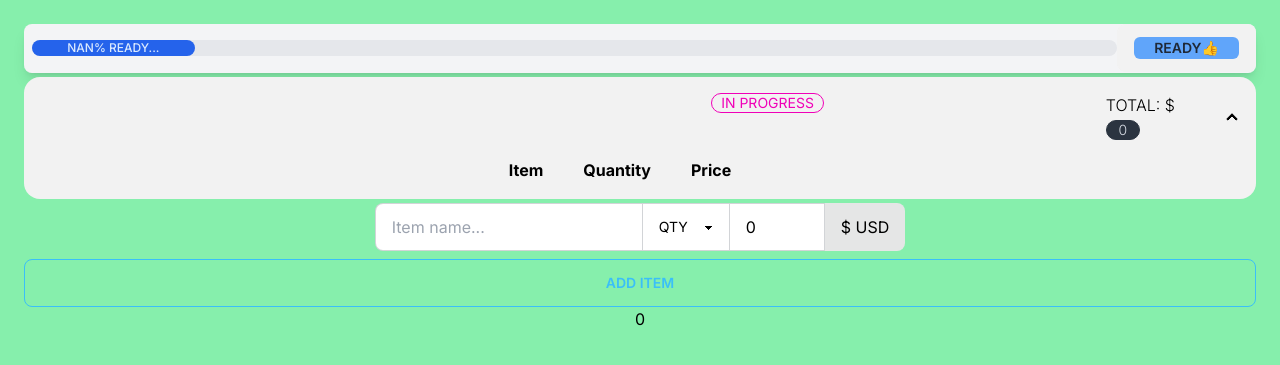
Repository: bitepay/bitepay-xyz
Page: /table
These files come from the project's save history. The page is drawn as it stood at one moment and after the next save; the edit follows.
The browser window is 1280 px wide. The pictures show the whole page.
The page's requests for data from a server got no answer. The project was rebuilt for these pictures with package versions that can differ from the ones it lists, and the page was loaded fresh each time. The framework's server and built-in components were replaced by stand-ins that run in the browser. No one was signed in, and anything a server would have sent is missing. Also part of the build but not shown: next.config.js.

Above is the page before, as saved 2023-06-27 08:24:13.

### src/pages/_app.js
import '@/styles/globals.css';
import { UserSocketProvider } from '@/context/UserSocketContext';

export default function App({ Component, pageProps }) {
  return (
    <UserSocketProvider>
      <Component {...pageProps} />
    </UserSocketProvider>
  )
}

### src/pages/table.js

// import Image from 'next/image'
import Head from "next/head"
// import Link from "next/link"
import { Inter } from 'next/font/google'

import { useUserSocketContext } from '@/context/UserSocketContext'

import { AddItemInput } from '@/components/AddItemInput'
import { ProgressBar } from '@/components/ProgressBar'
import { UserBill } from '@/components/UserBill'
import { MembersBill } from '@/components/MembersBill'

const inter = Inter({ subsets: ['latin'] })

export default function Table() {

  const { socket, user, tableMembers } = useUserSocketContext();

  if (user.tableID !== 0) {
    socket.emit('joinTable', user)
  }

  const handleUserDelete = (user, payload) => {
    socket.emit('userDeleteItem', {user, payload})
  };

  const handleUserUpdate = (user, payload) => {
    socket.emit('userUpdate', {user, payload})
  };

  const userUpdateStatus = (user) => {
    if (user.status === 'PROCESSING') {
      socket.emit('userUpdateStatus', { ...user, status: 'READY' })
    } else {
      socket.emit('userUpdateStatus', { ...user, status: 'PROCESSING' })
    }
  }

  return (
    <>
      <Head>
        <title>BitePay - Table</title>
        <meta name="description" content="The fastest and easiest way to divvy up the dining bill between your friends."></meta>
      </Head>

      <main className={`flex min-h-screen flex-col items-center p-6 ${inter.className} bg-green-300`} >

        <ProgressBar user={user} tableMembers={tableMembers} userUpdateStatus={userUpdateStatus} />
        <UserBill user={user} handleUserDelete={handleUserDelete} />
        <AddItemInput user={user} handleUserUpdate={handleUserUpdate} />
        <MembersBill tableMembers={tableMembers} userId={user.id}/>

      </main>
    </>
  )
}

### src/context/UserSocketContext.js
'use client';
import React, { createContext, useEffect, useState, useContext } from 'react'
import { io } from 'socket.io-client'


// Create a new context
const UserSocketContext = createContext({});

// Custom context provider component
export const UserSocketProvider = ({ children }) => {

  const [socket, setSocket] = useState(null);

  const [user, setUser] = useState({
    id: '',
    username: '',
    tableID: 0,
    myItems: [],
    tip: 15,
    total: 0,
    status: 'PROCESSING',
  });

  const [tableMembers, setTableMembers] = useState([]);

  // Establish the Socket.IO connection when the component mounts
  useEffect(() => {

    const socket = io('https://bitepay.xyz');
    setSocket(socket);

    socket.on('connect', () => {
      console.log('Successfully connected to the ws server!')
    })

    // set user id to the websocket id
    socket.on('setId', (data) => setUser((prevUser) => {
      prevUser.id = data
      return prevUser;
    }));

    // listen to events from ws server regarding members of the table
    socket.on('tableMembers', (data) => setTableMembers((prevTableMembers) => { return [...data.slice()] }));

    // listen to events from ws server regarding updates to tableMembers
    socket.on('tableMemberUpdate', (data) => {

      if (data.id === user.id) {
        setUser((prevUser) => {
          prevUser.myItems = data.myItems;
          prevUser.tip = data.tip;
          prevUser.total = data.total;
          prevUser.status = data.status;
          return prevUser;
        })
      }

      setTableMembers((prevTableMembers) => {
        return prevTableMembers.map((member) => {
          if (member.id === data.id) {
            member.myItems = data.myItems
            member.tip = data.tip
            member.total = data.total
            member.status = data.status
            return member
          } else {
            return member
          }
        })
      })
    });

    // listen to events from ws server regarding members leaving the table
    socket.on('userLeft', (data) => {
      setTableMembers((prevTableMembers) => {
        return prevTableMembers.filter((member) => {
          return member.id !== data.id
        })
      })
    });

    socket.on('disconnect', () => {
      console.log('Disconnected from the ws server!');
    });

    // Clean up the socket connection when the component unmounts
    return () => {
      socket.off('connect');
      socket.off('setId');
      socket.off('tableMembers');
      socket.off('tableMemberUpdate');
      socket.off('userLeft');
      socket.disconnect();
    };
  }, [user.id]);

  // Provide the socket object to the child components
  return (
    <UserSocketContext.Provider value={{socket, user, setUser, tableMembers, setTableMembers}}>
      {children}
    </UserSocketContext.Provider>
  );
};

// Export the SocketContext
export default UserSocketContext;

// Export a custom hook that can be used to consume this context
export const useUserSocketContext = () => useContext(UserSocketContext);

### src/components/AddItemInput.jsx
import { useState } from 'react';

export const AddItemInput = ({ handleUserUpdate, user }) => {
	const [itemName, setItemName] = useState('');
	const [itemPrice, setItemPrice] = useState(0);
	const [itemQuantity, setItemQuantity] = useState(0);

	const handleClick = (e)=> {
			e.preventDefault();
			if (itemQuantity === 0) {
					alert("Don't forget to add quantity!");
			}
			else if (itemPrice <= 0) {
					alert("Please don't forget to add your item's price!");
			}
			else if (itemName != "" && itemPrice > 0 && itemQuantity > 0) {
					const itemID = Math.ceil(Math.random()*1000000000);
					const payload = {itemID, itemName, itemPrice, itemQuantity};
					handleUserUpdate(user, payload);
					setItemName('');
					setItemPrice(0);
			} else {
					alert("Please fill out all fields");
			}
	}

	return (
		<>
			<div className="join mx-auto">

				<div>
					<input className="input input-bordered join-item max-w-34" placeholder="Item name..." value={itemName} onChange={(e) => {setItemName(e.target.value)}}/>
				</div>


				<select className="select select-bordered join-item" value={itemQuantity} onChange={(e) => setItemQuantity(e.target.value)}>
					<option disabled value={0}>QTY</option>
					<option value={1/4}>
							1/4
					</option>
					<option value={1/3}>
							1/3
					</option>
					<option value={1/2}>
							1/2
					</option>
					<option value={1}>
							1
					</option>
					<option value={2}>
							2
					</option>
					<option value={3}>
							3
					</option>
					<option value={4}>
							4
					</option>
				</select>

				<div>
					<label className="input-group">
						<input className="input input-bordered join-item w-24" placeholder="0.00" type="number" value={itemPrice} onChange={(e) => {setItemPrice(e.target.value)}}/>
						<span className="text-center">$ USD</span>
					</label>
				</div>
			</div>
			<button class="btn btn-block btn-outline btn-info mt-2" onClick={(e) => handleClick(e) }>ADD ITEM</button>
		</>
	)
};

### src/components/ProgressBar.jsx
import { useState, useEffect } from 'react';

export const ProgressBar = ({ tableMembers, user, userUpdateStatus }) => {

  const [progress, setProgress] = useState(0);

  useEffect(() => {
    const completed = tableMembers.filter((member) => member.status === 'READY');
    const progress = Math.round(100 * ((completed.length / tableMembers.length) * 100)) / 100;
    setProgress(progress);

    console.log(`Re-render triggered from tableMember update in ProgressBar. Progress is now ${progress}%`)
  }, [tableMembers])

  const progressBar = (progress) => {
    if (progress === 100) {
      return (
          <div className="w-full bg-gray-200 rounded-full dark:bg-gray-700">
            <div className="bg-green-600 text-xs font-medium text-green-100 text-center p-0.5 leading-none rounded-full" style={{width: `${progress}%`}}> {progress}% COMPLETE! </div>
          </div>
      )
    } else {
      return (
        <div className="w-full bg-gray-200 rounded-full dark:bg-gray-700">
            <div className="bg-blue-600 text-xs font-medium text-blue-100 text-center p-0.5 leading-none rounded-full" style={{width: `${progress < 15 ? 15 : progress}%`}}> {progress}% READY... </div>
          </div>
      )
    }
  }

  const handleChange = () => {
    userUpdateStatus(user)
  }

  const toggleStatusButton = (status) => {
    return (
      <label className="btn swap swap-rotate">

        {/* this hidden checkbox controls the state */}
        <input type="checkbox" onChange={() => handleChange()} checked={user.status === 'READY'}/>

        {/* ready icon */}

        <div class="swap-on bg-red-400 p-1 rounded-md">Make changes</div>
        <div class="swap-off bg-blue-400 p-1 rounded-md">Ready👍</div>

        {/* not ready icon */}


      </label>
    )

  }



  return (

      <div className="w-full flex items-center justify-between mb-.5 mx-auto pl-2 overflow-hidden rounded-lg shadow-lg bg-gray-100 uppercase border-b border-gray-100">
          {progressBar(progress)}
        <div id="final-bill-button">
          {toggleStatusButton(user.status)}
        </div>
      </div>

  )
}

### src/components/UserBill.jsx
export const UserBill = ({ user, handleUserDelete }) => {

  const UserItem = (item) => {
    const { itemID, itemName, itemPrice, itemQuantity } = item

    return (
      <tr key={`user-item-${itemID}`}>
				<td className="px-5">{itemName}</td>
				<td className="px-5">{itemQuantity}</td>
				<td className="px-5">{itemPrice}</td>
				{/* This is where we need to add the delete button for User delete feature */}
				<td className="px-5"><button className="btn btn-outline btn-error" onClick={() => handleUserDelete(user, item)} disabled={user.status === 'READY'}>DELETE</button></td>
			</tr>
    )
  }

  return (
    <div className="collapse collapse-arrow bg-base-200 m-1">
      <input type="radio" name="my-accordion-2" defaultChecked="true"/>
      <div className="collapse-title">
        {/* This is where we need to render name, status, and total */}
        <div className="flex justify-between">
          <div className="font-medium w-1/3">
            {user.username}
          </div>
          <div className={`badge ${user.status === 'READY' ? 'badge-accent' : 'badge-secondary badge-outline'}`}>
            {user.status === 'READY' ? 'READY' : 'IN PROGRESS'}
          </div>
          <div className="font-light">
            TOTAL{': $ '}
            <div className={`badge w-1/3 ${user.status === 'READY' ? 'badge-primary' : 'badge-neutral'}`}>
              {user.total}
            </div>
          </div>

        </div>
      </div>
      <div className="collapse-content">
        {/* This is where I need to map through user items */}
        <table className="table-auto mx-auto">
          <thead>
            <tr>
              <th className="px-5">Item</th>
              <th className="px-5">Quantity</th>
              <th className="px-5">Price</th>
              <th className="px-5"></th>
            </tr>
          </thead>
          <tbody>
            {user.myItems.map((item) => UserItem(item))}
          </tbody>
          </table>
      </div>
    </div>
  )
}

### src/components/MembersBill.jsx
export const MembersBill = ({ tableMembers, userId }) => {

  const MemberItem = (item) => {
    const { itemID, itemName, itemPrice, itemQuantity } = item

    return (
      <tr key={`member-item-${itemID}`}>
        <td className="px-5">{itemName}</td>
        <td className="px-5">{itemQuantity}</td>
        <td className="px-5">{itemPrice}</td>
        <td className="px-5">{' '}</td>
      </tr>
    )
  }

  return (
    <>
      {tableMembers.length && tableMembers.map((member) => {
        if (member.id !== userId) {
          return (
            <div key={`${member.id}-list-items`} className="collapse collapse-arrow bg-base-200 m-1">
              <input type="radio" name="my-accordion-2"/>
              <div className="collapse-title text-xl font-medium">
                {/* This is where we need to render name, status, and total */}
                {member.username}
              </div>
              <div className="collapse-content">
              <table className="table-auto mx-auto">
                <thead>
                  <tr>
                    <th className="px-5">Item</th>
                    <th className="px-5">Quantity</th>
                    <th className="px-5">Price</th>
                    <th className="px-5"></th>
                  </tr>
                </thead>
                <tbody>
                  {member.myItems?.length ? member.myItems.map((item) => MemberItem(item)) : <tr key="user-no-items"><td>No items yet</td></tr>}
                </tbody>
                </table>
              </div>
            </div>
          )
        }
      })}
    </>
  )
};

### tailwind.config.js
/** @type {import('tailwindcss').Config} */
module.exports = {
  content: [
    './src/pages/**/*.{js,ts,jsx,tsx,mdx}',
    './src/components/**/*.{js,ts,jsx,tsx,mdx}',
    './src/app/**/*.{js,ts,jsx,tsx,mdx}',
  ],
  theme: {
    extend: {
      backgroundImage: {
        'gradient-radial': 'radial-gradient(var(--tw-gradient-stops))',
        'gradient-conic':
          'conic-gradient(from 180deg at 50% 50%, var(--tw-gradient-stops))',
      },
    },
  },
  daisyui: {
    themes: [
      "light",
      "dark"
    ],
  },
  plugins: [require("daisyui")],
}

Loaded but not shown: src/pages/_document.js (common file); src/styles/globals.css (common file)

After the next save:
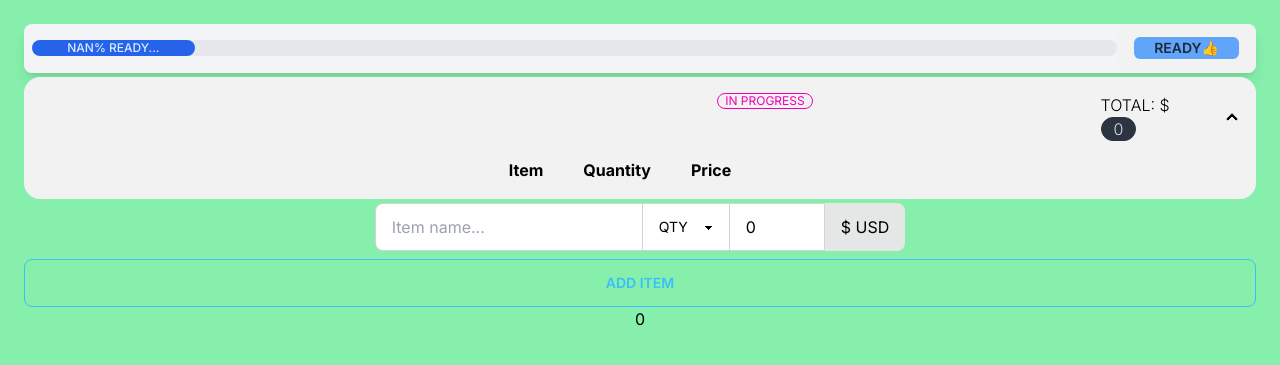
Saved 81 s later.
--- a/src/components/UserBill.jsx
+++ b/src/components/UserBill.jsx
@@ -23,12 +23,12 @@ export const UserBill = ({ user, handleUserDelete }) => {
           <div className="font-medium w-1/3">
             {user.username}
           </div>
-          <div className={`badge ${user.status === 'READY' ? 'badge-accent' : 'badge-secondary badge-outline'}`}>
+          <div className={`badge badge-sm ${user.status === 'READY' ? 'badge-accent' : 'badge-secondary badge-outline'}`}>
             {user.status === 'READY' ? 'READY' : 'IN PROGRESS'}
           </div>
           <div className="font-light">
             TOTAL{': $ '}
-            <div className={`badge w-1/3 ${user.status === 'READY' ? 'badge-primary' : 'badge-neutral'}`}>
+            <div className={`badge badge-lg w-1/3 ${user.status === 'READY' ? 'badge-primary' : 'badge-neutral'}`}>
               {user.total}
             </div>
           </div>
